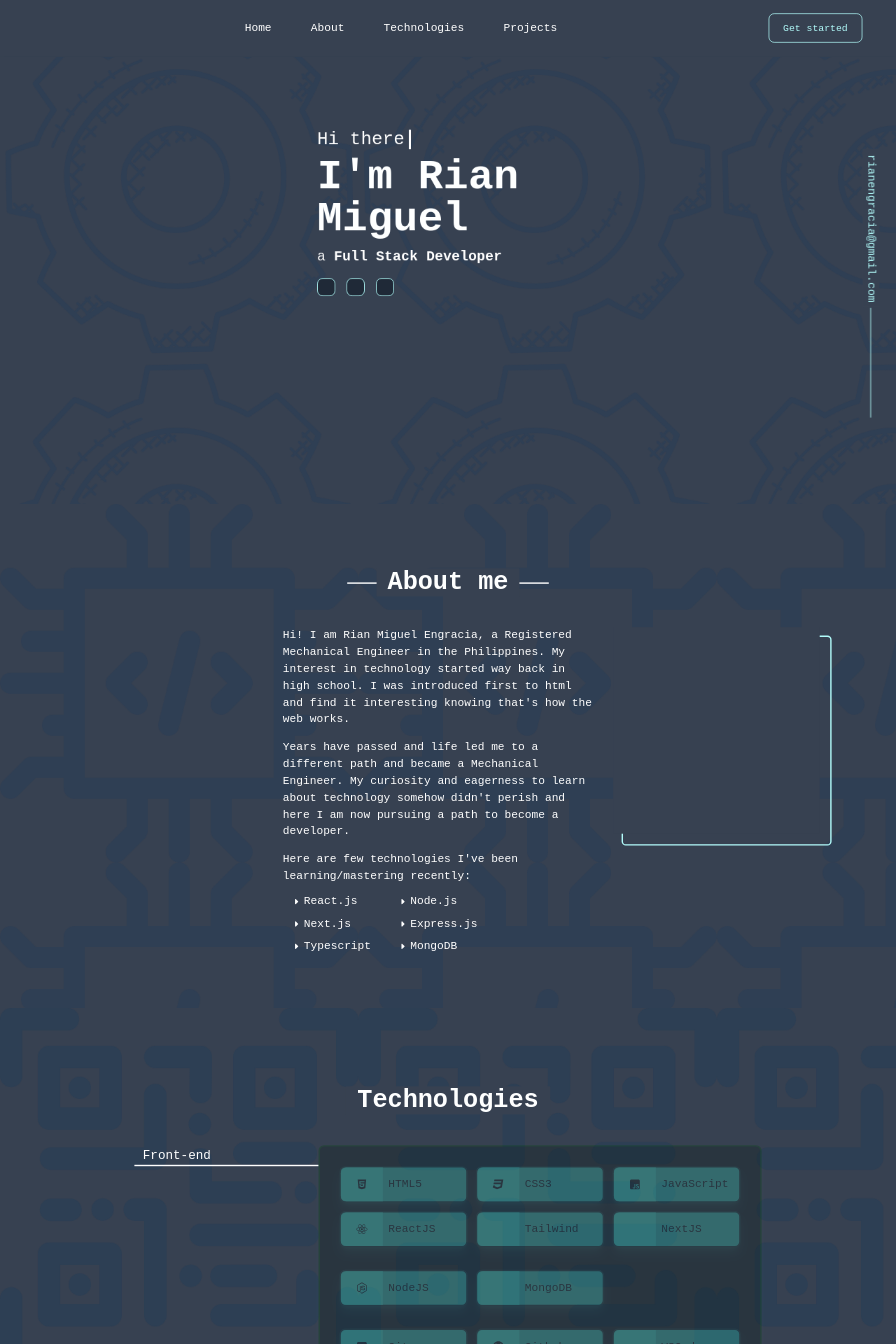
Repository: riandev25/nextjs-portfolio
Page: /
An editor plug-in stored every save of this project. The page is shown before and after the next save, followed by the edit.
The browser window is 1280 px wide. The pictures show the part of the page from y = 0 to 1920 px (the page is 2880 px tall), at 70% of full size.
Backgrounds fixed to the window are drawn as part of the page. The project was rebuilt for these pictures with package versions that can differ from the ones it lists, and the page was loaded fresh each time. The framework's server and built-in components were replaced by stand-ins that run in the browser. Also part of the build but not shown: next.config.js, components/Home/Keyboard/index.module.css, components/Home/Keyboard/index.jsx.

Above is the page before, as saved 2022-11-13 10:49:29.

### pages/_app.jsx
import Head from 'next/head';
import link from 'next/link';
import '../styles/globals.css';

import Layout from '../components/Layout';
import { ParallaxProvider } from 'react-scroll-parallax';

function MyApp({ Component, pageProps }) {
  return (
    <ParallaxProvider>
      <Head>
        <title>Rian Miguel Engracia</title>
        <meta name='viewport' content='initial-scale=1.0, width=device-width' />
        <link
          rel='apple-touch-icon'
          sizes='180x180'
          href='/apple-touch-icon.png'
        />
        <link
          rel='icon'
          type='image/png'
          sizes='32x32'
          href='/favicon-32x32.png'
        />
        <link
          rel='icon'
          type='image/png'
          sizes='16x16'
          href='/favicon-16x16.png'
        />
        <link rel='manifest' href='/site.webmanifest' />
        <link rel='mask-icon' href='/safari-pinned-tab.svg' color='#5bbad5' />
        <meta name='msapplication-TileColor' content='#2d89ef' />
        <meta name='theme-color' content='#ffffff' />
      </Head>
      <Layout>
        <Component {...pageProps} />
      </Layout>
    </ParallaxProvider>
  );
}

export default MyApp;

### pages/index.jsx
import Head from 'next/head';
import Image from 'next/image';
import Home from '../components/Home/Home';
import { Fragment } from 'react';
import Header from '../components/Header';
import About from '../components/About';
import Technologies from '../components/Technologies';
import Projects from '../components/Projects';

export default function Page() {
  return (
    <Fragment>
      <Header />
      <Home />
      <About />
      <Technologies />
      <Projects title='Projects' />
    </Fragment>
  );
}

### styles/globals.css
@tailwind base;
@tailwind components;
@tailwind utilities;

html,
body {
  padding: 0;
  margin: 0;
  /* font-family: 'Roboto', sans-serif; */
  font-family: monospace, sans-serif;
}

a {
  color: inherit;
  text-decoration: none;
}

* {
  box-sizing: border-box;
}

.image-filter {
  /* filter: invert(93%) sepia(19%) saturate(586%) hue-rotate(121deg)
    brightness(102%) contrast(97%); */
  filter: invert(93%) sepia(69%) saturate(347%) hue-rotate(120deg)
    brightness(104%) contrast(97%);
  opacity: 0.3;
  transition: filter 0.3s, opacity 0.3s;
}

.image-filter:hover {
  filter: none;
  opacity: 1;
}

@media (prefers-color-scheme: dark) {
  html {
    color-scheme: dark;
  }
  body {
    color: white;
    background: black;
  }
}

### components/Layout/index.jsx
import Header from '../Header';
import Email from '../Header/Email';

const Layout = ({ children }) => {
  return (
    <div className='relative w-full h-full bg-gray-700' dir='ltr'>
      <Header />
      <Email />
      {children}
    </div>
  );
};

export default Layout;

### components/Home/Home.jsx
import Link from 'next/link';
import Image from 'next/future/image';
import { useParallax } from 'react-scroll-parallax';
import styles from './index.module.css';
import DevImage from '../../assets/images/dev-image.svg';
import GithubImage from '../../assets/images/github-neon-fill.png';
import LinkedinImage from '../../assets/images/linkedin-neon-fill.png';
import FacebookImage from '../../assets/images/facebook-neon-fill.png';
import Keyboard from './Keyboard';
import { useState } from 'react';

export const images = [
  {
    id: 'github',
    imgSrc: GithubImage,
    link: 'https://github.com/riandev25',
  },
  {
    id: 'linkedin',
    imgSrc: LinkedinImage,
    link: 'https://www.linkedin.com/in/rian-miguel-engracia/',
  },
  {
    id: 'facebook',
    imgSrc: FacebookImage,
    link: 'https://web.facebook.com/rianmiguel.engracia',
  },
  {
    id: 'email',
    email: 'rianengracia@gmail.com',
  },
];

const nameArray = ['I', '&apos;', 'm', ' ', 'R', 'i', 'a', 'n'];
const jobArray = [
  'f',
  'u',
  'l',
  'l',
  ' ',
  's',
  't',
  'a',
  'c',
  'k',
  ' ',
  'd',
  'e',
  'v',
  'e',
  'l',
  'o',
  'p',
  'e',
  'r',
];

const Home = () => {
  const { ref } = useParallax({
    translateY: [-100, 30, 'easeInOut'],
  });
  const [keyboard, setKeyboard] = useState(true);
  return (
    <header className='flex justify-center items-center w-full h-screen px-20 bg-fixed bg-repeat bg-bg_gear_image'>
      <section ref={ref} className='w-4/12 space-y-4'>
        <div className='flex flex-col gap-2.5 place-items-start'>
          <h1 className={`text-xl font-thin text-white ${styles.typingLet}`}>
            Hi there!
          </h1>
          <h1 className='text-6xl font-bold animate-neon_text'>
            I&apos;m Rian Miguel
          </h1>
          <h1 className='text-xl text-white font-bold'>
            <span className='text-xl font-thin'>a</span> Full Stack Developer
          </h1>
        </div>
        <ul className='flex flex-row gap-4'>
          {images.map((item) => {
            if (item.id === 'email') return;
            return (
              <li
                className='block p-3 bg-gray-800 border rounded-lg border-[#b2fcfb] transition-all hover:scale-110'
                key={item.id}
              >
                <Link href={item.link} legacyBehavior>
                  <a className=''>
                    <Image
                      className=''
                      src={item.imgSrc}
                      alt={item.id}
                      width={20}
                      height={20}
                      sizes='5vw'
                    />
                  </a>
                </Link>
              </li>
            );
          })}
        </ul>
      </section>
      <section className='hidden lg:flex max-w-2xl h-full justify-center items-center'>
        <Image
          src={DevImage}
          alt='dev-image'
          width={500}
          height={500}
          sizes='(max-width: 768px) 50vw'
        />
        {/* <Keyboard /> */}
      </section>
    </header>
  );
};

export default Home;

### components/Header/index.jsx
import Logo from '../Logo';
import Navbar from './Navbar';
import { FontAwesomeIcon } from '@fortawesome/react-fontawesome';
import { faBars } from '@fortawesome/free-solid-svg-icons';

const Header = () => {
  return (
    <nav className='px-8 py-1 bg-gray-700 dark:bg-gray-900 fixed w-full z-50 top-0 left-0 border-b shadow-sm border-gray-700 md:px-12 md:py-3 dark:border-gray-600'>
      <div className='flex flex-row justify-between items-center w-full'>
        <section className=''>
          <Logo />
        </section>

        <div className='flex md:order-2'>
          <button
            type='button'
            className='hidden lg:flex bg-transparent text-[#b2fcfb] border border-[#b2fcfb] hover:bg-[#b2fcfb] hover:opacity-40 transition-all font-medium rounded-lg text-sm px-5 py-2.5 text-center mr-3 md:mr-0 dark:bg-blue-600 dark:hover:bg-blue-700 dark:focus:ring-blue-800'
          >
            Get started
          </button>
          <button
            data-collapse-toggle='navbar-sticky'
            type='button'
            className='cursor-pointer inline-flex items-center p-2 text-sm bg-white rounded-lg md:hidden hover:bg-gray-400 focus:outline-none focus:ring-2 focus:ring-gray-200 dark:text-gray-400 dark:hover:bg-gray-700 dark:focus:ring-gray-600'
            aria-controls='navbar-sticky'
            aria-expanded='false'
          >
            <span className='sr-only'>Open main menu</span>
            <FontAwesomeIcon icon={faBars} className='text-gray-800' />
          </button>
        </div>
        <Navbar />
      </div>
    </nav>
  );
};

export default Header;

### components/About/index.jsx
import Image from 'next/future/image';
import PageHeader from '../PageHeader';
import { FontAwesomeIcon } from '@fortawesome/react-fontawesome';
import { faCaretRight } from '@fortawesome/free-solid-svg-icons';
import ProgrammerImage from '../../assets/images/programmer.jpg';
import { useParallax } from 'react-scroll-parallax';

const technologies = [
  'React.js',
  'Node.js',
  'Next.js',
  'Express.js',
  'Typescript',
  'MongoDB',
];

const About = () => {
  return (
    <div className='pt-4 w-full h-screen flex flex-col gap-11 justify-center items-center text-white px-20 bg-bg_chip_image bg-fixed'>
      <PageHeader title='About me' />
      <div className='max-w-3xl flex flex-row gap-6'>
        <section className='max-w-md flex flex-col gap-4'>
          <p>
            Hi! I am Rian Miguel Engracia, a Registered Mechanical Engineer in
            the Philippines. My interest in technology started way back in high
            school. I was introduced first to html and find it interesting
            knowing that&apos;s how the web works.
          </p>
          <p>
            Years have passed and life led me to a different path and became a
            Mechanical Engineer. My curiosity and eagerness to learn about
            technology somehow didn&apos;t perish and here I am now pursuing a
            path to become a{' '}
            <span className='text-[neon-green] no-underline decoration-[neon-green] underline-offset-4 decoration-2 hover:underline'>
              developer
            </span>
            .
          </p>
          <div className='flex flex-col gap-3'>
            <p>
              Here are few technologies I&apos;ve been learning/mastering
              recently:
            </p>
            <ul className='grid grid-cols-3 gap-2'>
              {technologies.map((item, i) => {
                return (
                  <li
                    key={item}
                    className={`${(i + 1) % 2 === 0 ? 'col-span-2' : ''}
                    } flex justify-start items-center gap-2 pl-4`}
                  >
                    <FontAwesomeIcon icon={faCaretRight} className='w-1.5' />
                    <span className=''>{item}</span>
                  </li>
                );
              })}
            </ul>
          </div>
        </section>
        <section className='relative'>
          <div className='absolute z-20 w-[295px] h-[295px] bg-gray-700'></div>
          <Image
            className='relative z-30 rounded-md image-filter bg-[#b2fcfb] border-2 peer'
            src={ProgrammerImage}
            alt='developer'
            width={300}
            height={300}
            priority='false'
            sizes='(max-width: 768px) 100vw, 50vw'
          />
          <div className='absolute top-0 left-0 w-[300px] h-[300px] bg-transparent border-2 border-[#b2fcfb] transition-duration-300 delay-300 ease-in-out translate-x-3 translate-y-3 z-10 rounded-md peer-hover:translate-x-2 peer-hover:translate-y-2 '></div>
        </section>
      </div>
    </div>
  );
};

export default About;

### components/Projects/index.jsx
import Link from 'next/link';
import Image from 'next/future/image';
import PageHeader from '../PageHeader';
import WeatherImage from '../../assets/images/weather-app.png';
import { FontAwesomeIcon } from '@fortawesome/react-fontawesome';
import { faGithubAlt } from '@fortawesome/free-brands-svg-icons';
import { faSquareArrowUpRight } from '@fortawesome/free-solid-svg-icons';
import Links from './Links';

const TECH_WEATHER = ['HTML', 'CSS', 'Javascript'];
const WEATHER = [
  {
    id: 1,
    icon: faGithubAlt,
    link: 'https://riandev25.github.io/js-weather-app/dist/',
  },
  {
    id: 2,
    icon: faSquareArrowUpRight,
    link: 'https://riandev25.github.io/js-weather-app/dist/',
  },
];

const Projects = () => {
  return (
    <div className='pt-4 flex flex-col w-full h-screen gap-11 justify-center items-center text-white px-20 bg-bg_binary_image bg-fixed'>
      <PageHeader title='Projects' />
      <div className='flex flex-row justify-center items-center max-w-full '>
        <section className='z-10 relative w-[35rem] aspect-[17/11] bg-green-100 flex-auto flex'>
          <Image
            src={WeatherImage}
            alt='weather-app'
            fill
            className='object-cover absolute'
          />
        </section>
        <section
          className='z-20 w-[23rem] overflow-visible bg-red-400 space-y-4 lg:w=[28rem]'
          dir='rtl'
        >
          <div className='flex flex-col justify-end items-end' dir='ltr'>
            <h2 className='text-neon text-right'>Featured Project</h2>
            <h1 className='text-xl font-bold text-right'>
              Weather Application
            </h1>
          </div>
          <div className='w-[34rem] bg-gray-800 p-7 pl-9 pr-5 rounded-sm'>
            <p className='text-right'>
              A fully responsive weather application. I built this project to
              enhance vanilla javascript skills and dom manipulation. Open
              location of your device for better user experience.
            </p>
          </div>
          <ul
            className='flex flex-row justify-end items-center gap-4'
            dir='ltr'
          >
            {TECH_WEATHER.map((item) => {
              return <li key={item}>{item}</li>;
            })}
          </ul>
          <Links array={WEATHER} />
        </section>
      </div>
    </div>
  );
};

export default Projects;

### components/Header/Email.jsx
import Link from 'next/link';
import Image from 'next/image';
import { images } from '../Home/Home';

const Email = () => {
  return (
    <aside className='fixed bottom-64 right-6 origin-top-right rotate-90'>
      <div className='flex justify-center items-center relative'>
        <Link href='' legacyBehavior>
          <a className='z-50 transition-all text-[#b2fcfb] bg-gray-700 px-2 hover:text-[#68fffc] hover:scale-110'>
            rianengracia@gmail.com
          </a>
        </Link>
        <div className='w-96 bg-[#b2fcfb] absolute top-1/2 left-0 h-px'></div>
      </div>
    </aside>
  );
};

export default Email;

### components/Home/index.module.css
.typingLet {
  width: 134px;
  animation: typing 2s steps(12), blink 0.5s step-end infinite alternate;
  white-space: nowrap;
  overflow: hidden;
  border-right: 3px solid;
  font-family: monospace;
  font-size: 2em;
}

@keyframes typing {
  from {
    width: 0;
  }
}

@keyframes blink {
  50% {
    border-color: transparent;
  }
}

### components/Logo/index.jsx
import Image from 'next/future/image';
import LogoImage from '../../assets/images/logo.svg';
import LogoDark from '../../assets/images/logo-dark.svg';
import LogoLight from '../../assets/images/logo-light.svg';
import {
  faAngleLeft,
  faGear,
  faforward,
} from '@fortawesome/free-solid-svg-icons';
import { FontAwesomeIcon } from '@fortawesome/react-fontawesome';

const Logo = () => {
  return (
    <div className='flex items-center relative'>
      <Image
        src={LogoImage}
        alt='logo'
        width={185}
        height={55}
        className='hidden md:flex'
        sizes='(max-width: 768px) 15vw'
      />
      {/* <Image
        src={LogoLight}
        alt='logo-light'
        width={50}
        height={50}
        className='flex md:hidden'
        sizes='(max-width: 768px) 15vw'
      /> */}
    </div>
  );
};

export default Logo;

### components/Header/Navbar.jsx
import Link from 'next/link';

const Navbar = () => {
  const data = [
    {
      id: 'Home',
    },
    {
      id: 'About',
    },
    {
      id: 'Technologies',
    },
    {
      id: 'Projects',
    },
  ];
  return (
    <div
      className='hidden absolute top-0 right-0 justify-between items-center w-full md:flex md:relative md:w-auto md:order-1'
      id='navbar-sticky'
    >
      <ul className='flex flex-col justify-center items-center flex-auto rounded-lg md:justify-between md:flex-row md:space-x-12 md:p-2 md:mt-0 md:text-sm md:font-medium md:border-0 dark:bg-gray-800 md:dark:bg-gray-900 dark:border-gray-700'>
        {data.map((item) => {
          return (
            <li key={item.id} className='relative group'>
              <Link href={item.id}>
                <a
                  className='block py-2 px-1 text-base font-extralight text-white dark:text-white'
                  // aria-current='page'
                >
                  {item.id}
                </a>
              </Link>

              <span className='z-50 absolute bottom-1.5 w-0 h-[1px] bg-white transition-all md:group-hover:w-full'></span>
            </li>
          );
        })}
      </ul>
    </div>
  );
};

export default Navbar;

### components/PageHeader/index.jsx
const PageHeader = ({ title }) => {
  return (
    <div className='relative overflow-visible flex justify-center items-center'>
      <h1 className='relative z-10 w-full text-4xl font-bold flex flex-start bg-gray-700 px-4 animate-neon_text'>
        {title}
      </h1>
      <span className='absolute top-1/2 w-72 h-0.5 bg-white animated-neon_bg'></span>
    </div>
  );
};

export default PageHeader;

### components/Projects/Links.jsx
import Link from 'next/link';
import { FontAwesomeIcon } from '@fortawesome/react-fontawesome';

const Links = ({ array }) => {
  array.map((item) => {
    return (
      <ul key={item.id} className='flex flex-row'>
        <li>
          <Link href={item.link} passHref>
            <a>
              <FontAwesomeIcon icon={item.icon} className='text-white w-3' />
            </a>
          </Link>
        </li>
      </ul>
    );
  });
};

export default Links;

// 'https://riandev25.github.io/js-weather-app/dist/'

Loaded but not shown: tailwind.config.js (60 lines, source omitted); pages/_document.js (24 lines, source omitted); components/Technologies/index.jsx (206 lines, source omitted)

After the next save:
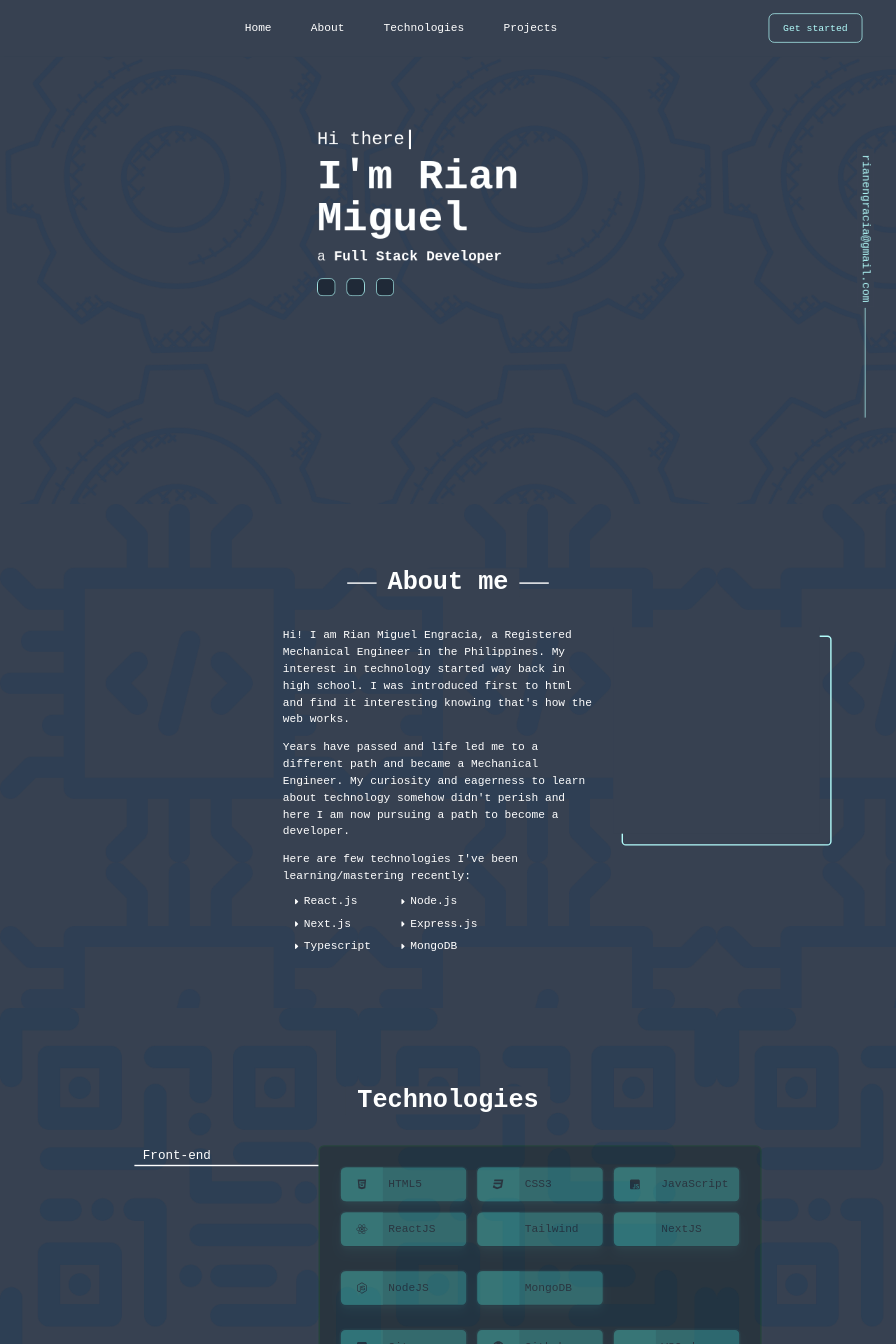
Saved 11 s later.
--- a/components/Header/Email.jsx
+++ b/components/Header/Email.jsx
@@ -4,7 +4,7 @@ import { images } from '../Home/Home';
 
 const Email = () => {
   return (
-    <aside className='fixed bottom-64 right-6 origin-top-right rotate-90'>
+    <aside className='fixed bottom-64 right-8 origin-top-right rotate-90'>
       <div className='flex justify-center items-center relative'>
         <Link href='' legacyBehavior>
           <a className='z-50 transition-all text-[#b2fcfb] bg-gray-700 px-2 hover:text-[#68fffc] hover:scale-110'>
